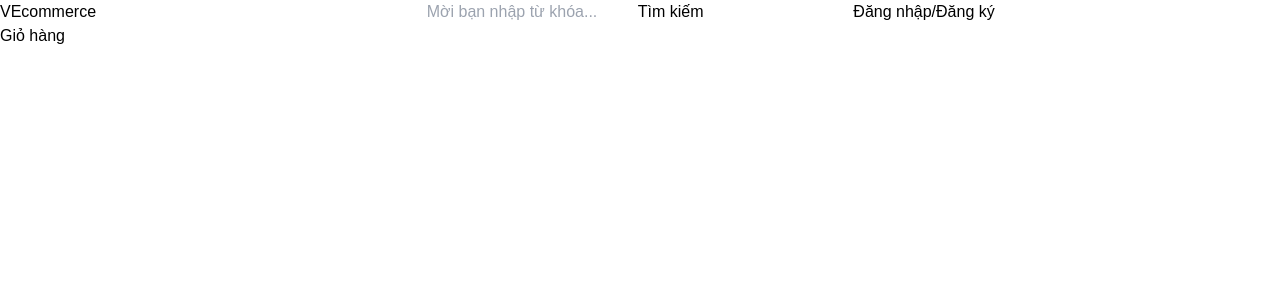
Repository: thienthanhvinh/VEcommerce
Page: public/home.html
These files come from the project's save history. The page is drawn as it stood at one moment and after the next save; the edit follows.
The browser window is 1280 px wide. The pictures show the whole page.

Above is the page before, as saved 2022-11-18 12:45:08.

After the next save:
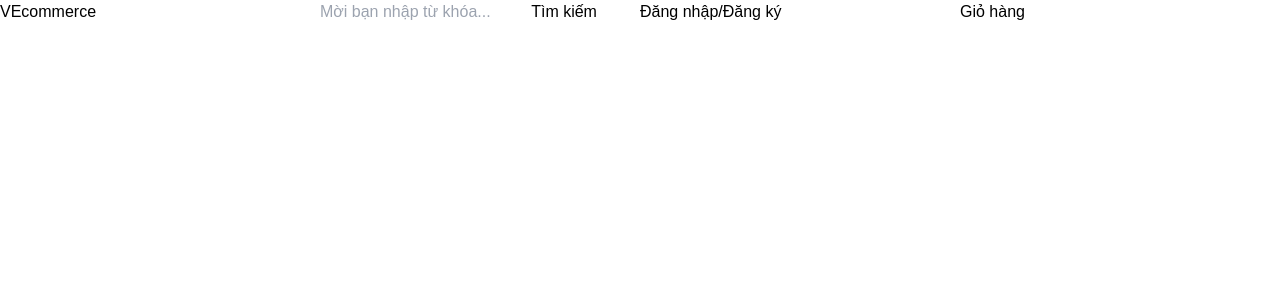
Saved 8 s later.
--- a/public/home.html
+++ b/public/home.html
@@ -14,7 +14,7 @@
     />
   </head>
   <body>
-    <div class="grid grid-cols-3">
+    <div class="grid grid-cols-4">
       <div>
         <h3>VEcommerce</h3>
       </div>
